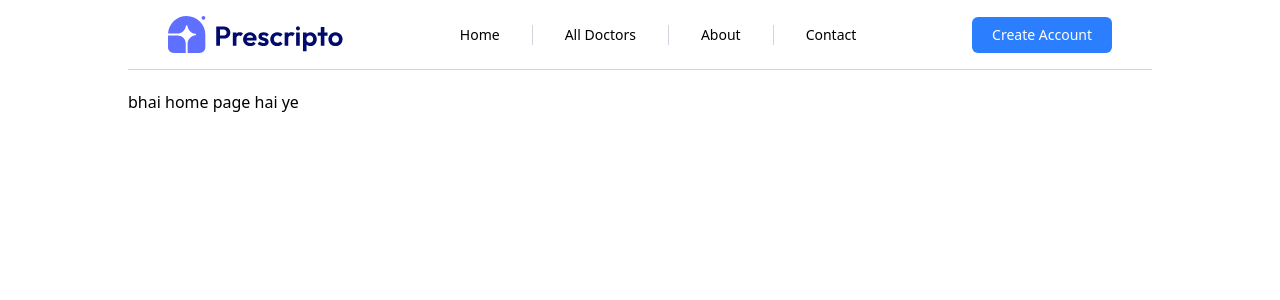
Repository: Pran2535/appointement_booking
Page: / (app in frontend/)
These files come from the project's save history. The page is drawn as it stood at one moment and after the next save; the edit follows.
The browser window is 1280 px wide. The pictures show the whole page.
The project was rebuilt for these pictures with package versions that can differ from the ones it lists, and the page was loaded fresh each time. Also part of the build but not shown: frontend/vite.config.js, frontend/src/pages/About.jsx, frontend/src/pages/MyAppointments.jsx, frontend/src/pages/Doctors.jsx, frontend/src/pages/Login.jsx, frontend/src/pages/Contact.jsx, frontend/src/pages/MyProfile.jsx, frontend/src/pages/Appointment.jsx.

Above is the page before, as saved 2025-02-14 21:17:28.

After the next save:
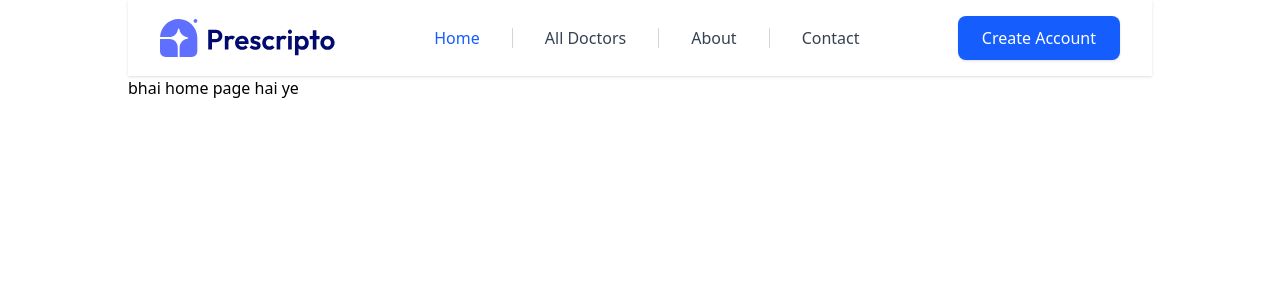
Saved 4 min 5 s later.
--- a/frontend/src/components/Navbar.jsx
+++ b/frontend/src/components/Navbar.jsx
@@ -1,41 +1,103 @@
-import React from 'react'
-import { assets } from '../assets/assets'
-import { NavLink } from 'react-router-dom'
+import React from 'react';
+import { NavLink } from 'react-router-dom';
+import { assets } from '../assets/assets';
 
 const Navbar = () => {
   return (
-    <div className="flex items-center justify-between text-sm py-4 mb-5 border-b border-gray-300 px-6 md:px-10">
-      {/* Logo */}
-      <img className="w-36 md:w-44 cursor-pointer" src={assets.logo} alt="Logo" />
+    <nav className="sticky top-0 bg-white shadow-sm z-50">
+      <div className="max-w-7xl mx-auto">
+        <div className="flex items-center justify-between py-4 px-4 sm:px-6 lg:px-8">
+          {/* Logo Section */}
+          <div className="flex-shrink-0">
+            <img
+              className="w-32 md:w-40 lg:w-44 h-auto cursor-pointer transition-transform hover:scale-105"
+              src={assets.logo}
+              alt="Company Logo"
+            />
+          </div>
 
-      {/* Navigation Links */}
-      <ul className="hidden md:flex items-center gap-8 font-medium">
-        <NavLink to="/" className="hover:text-blue-500 transition-all">
-          Home
-        </NavLink>
-        <div className="border-l h-5 border-gray-300"></div>
+          {/* Navigation Links */}
+          <div className="hidden md:block">
+            <ul className="flex items-center space-x-8">
+              <NavLink
+                to="/"
+                className={({ isActive }) =>
+                  `font-medium transition-colors duration-200 hover:text-blue-600 ${
+                    isActive ? 'text-blue-600' : 'text-gray-700'
+                  }`
+                }
+              >
+                Home
+              </NavLink>
 
-        <NavLink to="/doctors" className="hover:text-blue-500 transition-all">
-          All Doctors
-        </NavLink>
-        <div className="border-l h-5 border-gray-300"></div>
+              <div className="h-5 w-px bg-gray-300" aria-hidden="true" />
 
-        <NavLink to="/about" className="hover:text-blue-500 transition-all">
-          About
-        </NavLink>
-        <div className="border-l h-5 border-gray-300"></div>
+              <NavLink
+                to="/doctors"
+                className={({ isActive }) =>
+                  `font-medium transition-colors duration-200 hover:text-blue-600 ${
+                    isActive ? 'text-blue-600' : 'text-gray-700'
+                  }`
+                }
+              >
+                All Doctors
+              </NavLink>
 
-        <NavLink to="/contact" className="hover:text-blue-500 transition-all">
-          Contact
-        </NavLink>
-      </ul>
+              <div className="h-5 w-px bg-gray-300" aria-hidden="true" />
 
-      {/* Button */}
-      <button className="bg-blue-500 text-white px-5 py-2 rounded-md font-medium hover:bg-blue-600 transition-all">
-        Create Account
-      </button>
-    </div>
-  )
-}
+              <NavLink
+                to="/about"
+                className={({ isActive }) =>
+                  `font-medium transition-colors duration-200 hover:text-blue-600 ${
+                    isActive ? 'text-blue-600' : 'text-gray-700'
+                  }`
+                }
+              >
+                About
+              </NavLink>
 
-export default Navbar
+              <div className="h-5 w-px bg-gray-300" aria-hidden="true" />
+
+              <NavLink
+                to="/contact"
+                className={({ isActive }) =>
+                  `font-medium transition-colors duration-200 hover:text-blue-600 ${
+                    isActive ? 'text-blue-600' : 'text-gray-700'
+                  }`
+                }
+              >
+                Contact
+              </NavLink>
+            </ul>
+          </div>
+
+          {/* CTA Button */}
+          <div className="flex-shrink-0">
+            <button
+              className="
+                bg-blue-600
+                hover:bg-blue-700
+                text-white
+                px-6
+                py-2.5
+                rounded-lg
+                font-medium
+                transition-colors
+                duration-200
+                focus:outline-none
+                focus:ring-2
+                focus:ring-blue-500
+                focus:ring-offset-2
+                shadow-sm
+              "
+            >
+              Create Account
+            </button>
+          </div>
+        </div>
+      </div>
+    </nav>
+  );
+};
+
+export default Navbar;

After the save that followed:
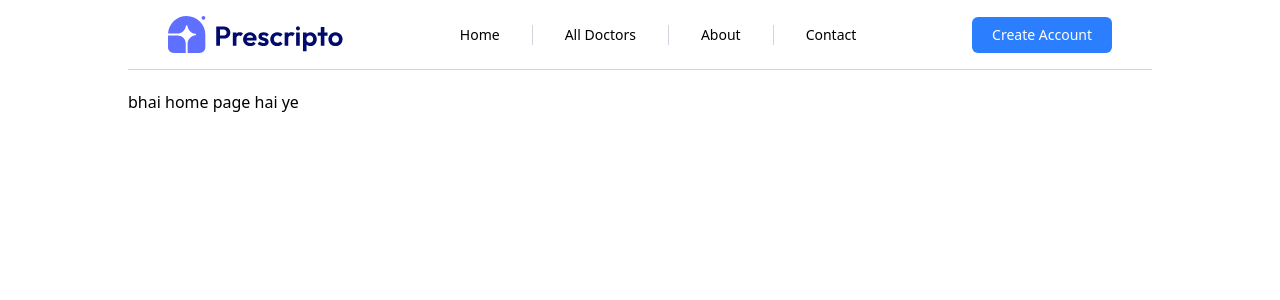
Saved 36 s later.
--- a/frontend/src/components/Navbar.jsx
+++ b/frontend/src/components/Navbar.jsx
@@ -1,103 +1,41 @@
-import React from 'react';
-import { NavLink } from 'react-router-dom';
-import { assets } from '../assets/assets';
+import React from 'react'
+import { assets } from '../assets/assets'
+import { NavLink } from 'react-router-dom'
 
 const Navbar = () => {
   return (
-    <nav className="sticky top-0 bg-white shadow-sm z-50">
-      <div className="max-w-7xl mx-auto">
-        <div className="flex items-center justify-between py-4 px-4 sm:px-6 lg:px-8">
-          {/* Logo Section */}
-          <div className="flex-shrink-0">
-            <img
-              className="w-32 md:w-40 lg:w-44 h-auto cursor-pointer transition-transform hover:scale-105"
-              src={assets.logo}
-              alt="Company Logo"
-            />
-          </div>
+    <div className="flex items-center justify-between text-sm py-4 mb-5 border-b border-gray-300 px-6 md:px-10">
+      {/* Logo */}
+      <img className="w-36 md:w-44 cursor-pointer" src={assets.logo} alt="Logo" />
 
-          {/* Navigation Links */}
-          <div className="hidden md:block">
-            <ul className="flex items-center space-x-8">
-              <NavLink
-                to="/"
-                className={({ isActive }) =>
-                  `font-medium transition-colors duration-200 hover:text-blue-600 ${
-                    isActive ? 'text-blue-600' : 'text-gray-700'
-                  }`
-                }
-              >
-                Home
-              </NavLink>
+      {/* Navigation Links */}
+      <ul className="hidden md:flex items-center gap-8 font-medium">
+        <NavLink to="/" className="hover:text-blue-500 transition-all">
+          Home
+        </NavLink>
+        <div className="border-l h-5 border-gray-300"></div>
 
-              <div className="h-5 w-px bg-gray-300" aria-hidden="true" />
+        <NavLink to="/doctors" className="hover:text-blue-500 transition-all">
+          All Doctors
+        </NavLink>
+        <div className="border-l h-5 border-gray-300"></div>
 
-              <NavLink
-                to="/doctors"
-                className={({ isActive }) =>
-                  `font-medium transition-colors duration-200 hover:text-blue-600 ${
-                    isActive ? 'text-blue-600' : 'text-gray-700'
-                  }`
-                }
-              >
-                All Doctors
-              </NavLink>
+        <NavLink to="/about" className="hover:text-blue-500 transition-all">
+          About
+        </NavLink>
+        <div className="border-l h-5 border-gray-300"></div>
 
-              <div className="h-5 w-px bg-gray-300" aria-hidden="true" />
+        <NavLink to="/contact" className="hover:text-blue-500 transition-all">
+          Contact
+        </NavLink>
+      </ul>
 
-              <NavLink
-                to="/about"
-                className={({ isActive }) =>
-                  `font-medium transition-colors duration-200 hover:text-blue-600 ${
-                    isActive ? 'text-blue-600' : 'text-gray-700'
-                  }`
-                }
-              >
-                About
-              </NavLink>
+      {/* Button */}
+      <button className="bg-blue-500 text-white px-5 py-2 rounded-md font-medium hover:bg-blue-600 transition-all">
+        Create Account
+      </button>
+    </div>
+  )
+}
 
-              <div className="h-5 w-px bg-gray-300" aria-hidden="true" />
-
-              <NavLink
-                to="/contact"
-                className={({ isActive }) =>
-                  `font-medium transition-colors duration-200 hover:text-blue-600 ${
-                    isActive ? 'text-blue-600' : 'text-gray-700'
-                  }`
-                }
-              >
-                Contact
-              </NavLink>
-            </ul>
-          </div>
-
-          {/* CTA Button */}
-          <div className="flex-shrink-0">
-            <button
-              className="
-                bg-blue-600
-                hover:bg-blue-700
-                text-white
-                px-6
-                py-2.5
-                rounded-lg
-                font-medium
-                transition-colors
-                duration-200
-                focus:outline-none
-                focus:ring-2
-                focus:ring-blue-500
-                focus:ring-offset-2
-                shadow-sm
-              "
-            >
-              Create Account
-            </button>
-          </div>
-        </div>
-      </div>
-    </nav>
-  );
-};
-
-export default Navbar;
+export default Navbar
